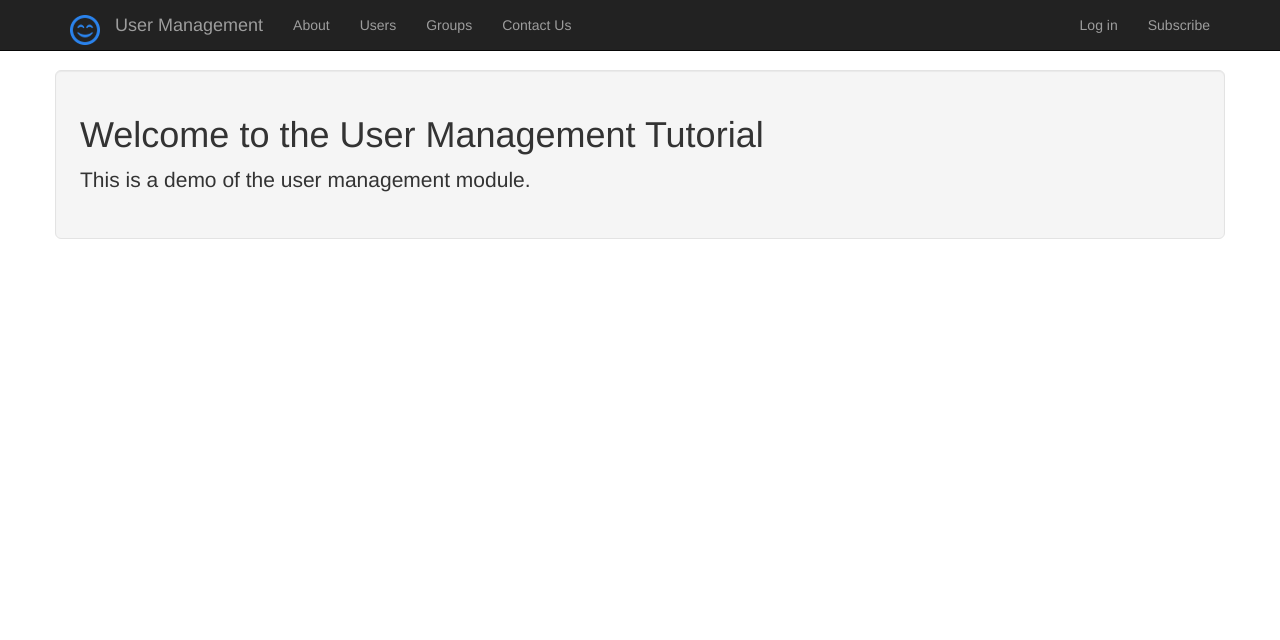
Repository: screenhunter/UMT
Page: UserManagement/war/guest/guest.html
An editor plug-in stored every save of this project. The page is shown before and after a run of saves, followed by the edit.
The browser window is 1280 px wide. The pictures show the whole page.

Above is the page before, as saved 2015-07-29 17:31:11.

After the next 2 saves:
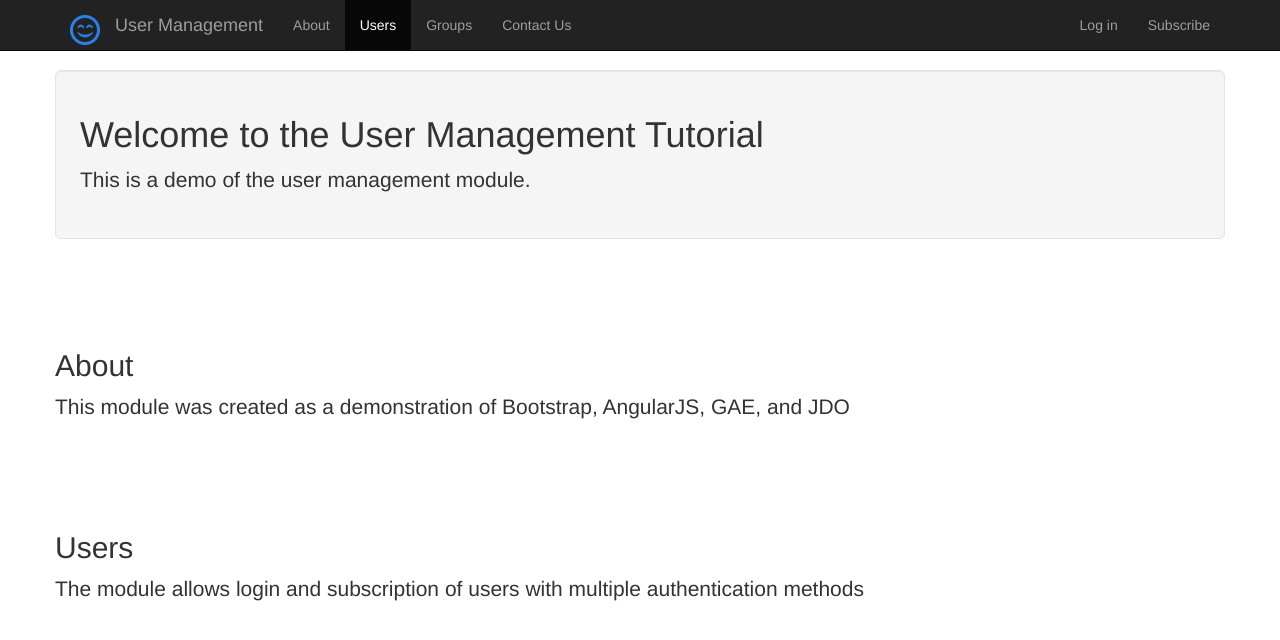
The 2 saves are shown as one change because they came seconds apart.
The last was saved 3 min 16 s later.
--- a/UserManagement/war/guest/guest.html
+++ b/UserManagement/war/guest/guest.html
@@ -85,6 +85,14 @@
 				<h1>Welcome to the User Management Tutorial</h1>
 				<p class="lead">This is a demo of the user management module.</p>
 			</div>
+			<div class="row menu-link" id="about">
+				<h2>About</h2>
+				<p class="lead">This module was created as a demonstration of Bootstrap, AngularJS, GAE, and JDO</p>
+			</div>
+			<div class="row menu-link" id="users">
+				<h2>Users</h2>
+				<p class="lead">The module allows login and subscription of users with multiple authentication methods</p>
+			</div>
 		</div>
 	</div>
 
